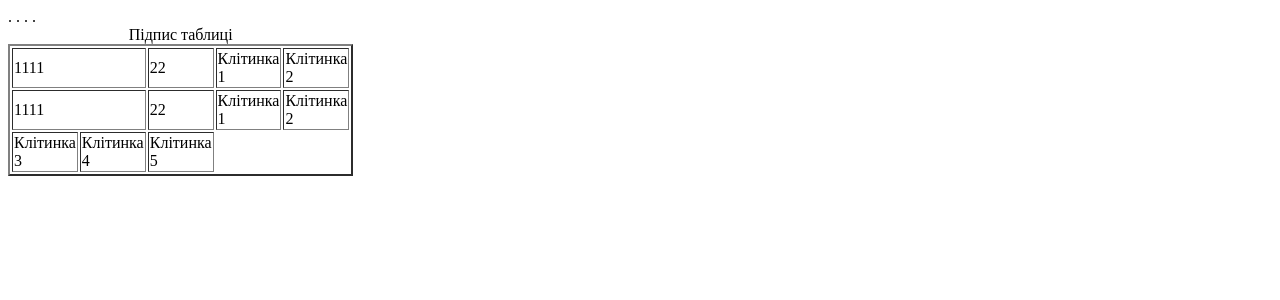
Repository: KseniaMakara/Web
Page: tables/index.html
The author's editor kept a copy of each file at every save. The page is drawn from the files as they stood at one save, then again after the next save.
The browser window is 1280 px wide. The pictures show the whole page.

Above is the page before, as saved 2021-02-14 12:13:29.

After the next save:
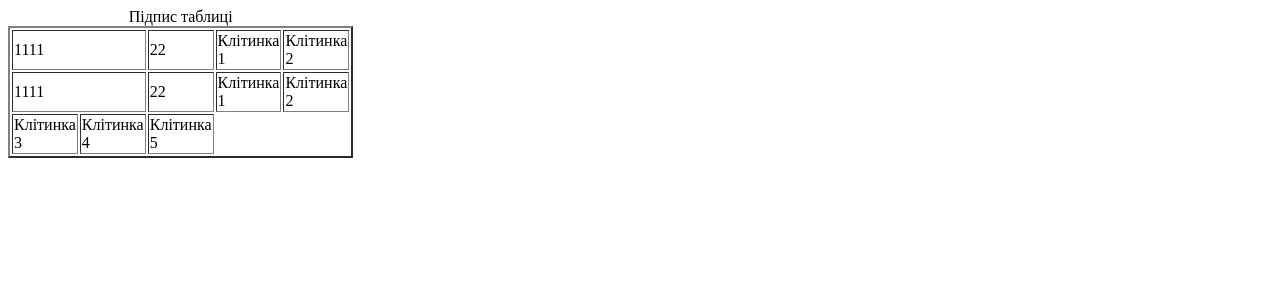
Saved 35 s later.
--- a/tables/index.html
+++ b/tables/index.html
@@ -1,10 +1,10 @@
 <table border="2px" width="300px">
     <caption>Підпис таблиці</caption>
     <tr>
-    <td colspan="2"> 1111 </td>
-    <td> 22 </td>
-    <td colspan="3"> Клітинка 1 </td>
-    <td> Клітинка 2 </td>
+        <td colspan="2"> 1111 </td>
+        <td> 22 </td>
+        <td colspan="3"> Клітинка 1 </td>
+        <td> Клітинка 2 </td>
     </tr>
     <tr>
     <td colspan="2"> 1111 </td>
@@ -17,5 +17,5 @@
     <td> Клітинка 4 </td>
     <td> Клітинка 5 </td>
     </tr>
-    . . . .
+
     </table>
